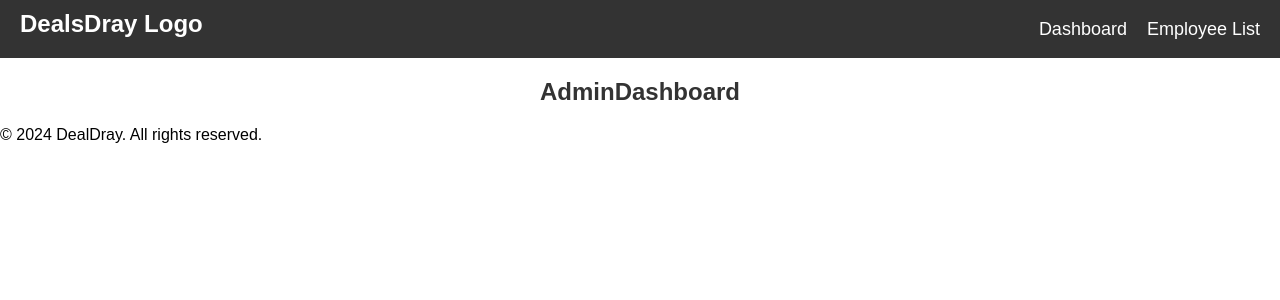
Repository: Mahanandapadavale123/dealsdray
Page: /dashboard (app in frontend/)
The author's editor kept a copy of each file at every save. The page is drawn from the files as they stood at one save, then again after the next save.
The browser window is 1280 px wide. The pictures show the whole page.
The page's requests for data from a server got no answer. The project was rebuilt for these pictures with package versions that can differ from the ones it lists, and the page was loaded fresh each time. No one was signed in, and anything a server would have sent is missing. Also part of the build but not shown: frontend/src/views/login.jsx, frontend/src/views/EmployeeList.js.

Above is the page before, as saved 2024-09-19 14:23:30.

### frontend/src/App.js
import React, { useState, useEffect } from "react";
import { BrowserRouter as Router, Routes, Route, Navigate } from "react-router-dom";
import axios from "axios";
import Login from "./views/login";
import Dashboard from "./views/Dashboard.js";
import EmployeeList from "./views/EmployeeList";

function App() {
  const [isLoggedIn, setIsLoggedIn] = useState(false);

  useEffect(() => {
    const checkAuthentication = async () => {
      try {
        const response = await axios.get("http://127.0.0.1:8000/api/v1/users/isAuthenticated", {
          withCredentials: true,  // Ensure cookies are sent with the request
        });
        if (response.data.isAuthenticated) {
          setIsLoggedIn(true);
        } else {
          setIsLoggedIn(false);
        }
      } catch (error) {
        console.log("Error checking authentication:", error);
        setIsLoggedIn(false);  // If error occurs, assume user is not logged in
      }
    };
    checkAuthentication();
  }, []);

  return (
    <Router>
      <Routes>
        <Route
          path="/dashboard"
          element={<Dashboard /> }
        />
         <Route path="/employee-list" element={<EmployeeList />} />
        {/* <Route
          path="/dashboard"
          element={isLoggedIn ? <Dashboard /> : <Navigate to="/login" />}
        />

        <Route path="/login" element={<Login setIsLoggedIn={setIsLoggedIn} />} />

        <Route path="/" element={<Navigate to={isLoggedIn ? "/dashboard" : "/login"} />} /> */}
      </Routes>
    </Router>
  );
}

export default App;

### frontend/src/views/dashboard.js
import React from 'react';
import Header from './layout/header';
import Footer from './layout/footer';
import '../css/dashboard.css';

const Dashboard = () => {
  return (
    <div class="page-container">


      <Header />

      <main class="content">

        <h2>
          AdminDashboard
        </h2>

      </main>



      <Footer />

    </div>
  );
};

export default Dashboard;

### frontend/src/css/login.module.css
.container {
    display: flex;
    justify-content: center;
    align-items: center;
    height: 100vh;
    background-color: #f0f2f5;
  }

  .formContainer {
    background: #fff;
    padding: 2rem;
    border-radius: 8px;
    box-shadow: 0 4px 8px rgba(0, 0, 0, 0.1);
    width: 100%;
    max-width: 400px;
  }

  h2 {
    margin-bottom: 1rem;
    color: #333;
    text-align: center;
  }

  .form {
    display: flex;
    flex-direction: column;
  }

  .label {
    margin-bottom: 0.5rem;
    font-weight: bold;
  }

  .input {
    margin-bottom: 1rem;
    padding: 0.75rem;
    border: 1px solid #ddd;
    border-radius: 4px;
    font-size: 1rem;
  }

  .button {
    padding: 0.75rem;
    border: none;
    border-radius: 4px;
    background-color: #007bff;
    color: #fff;
    font-size: 1rem;
    cursor: pointer;
    transition: background-color 0.3s;
  }

  .button:hover {
    background-color: #0056b3;
  }

### frontend/src/views/layout/header.jsx
import React from 'react';
import '../../css/navbar.css';

const Header = () => {
  return (
    <header class="header">
        <nav class="navbar">
            <div class="logo">DealsDray Logo</div>
            <ul class="nav-links">
                <li><a href="/dashboard">Dashboard</a></li>
                <li><a href="/employee-list">Employee List</a></li>
            </ul>
        </nav>
    </header>

  );
};

export default Header;

### frontend/src/views/layout/footer.jsx
import React from 'react';
// import './footer.css'; // Import styles for the footer

const Footer = () => {
  return (
    <footer className="footer">
      <p>&copy; 2024 DealDray. All rights reserved.</p>
    </footer>
  );
};

export default Footer;

### frontend/src/css/dashboard.css
/* dashboard.css */

body {
    font-family: Arial, sans-serif;
    margin: 0;
    padding: 0;
  }

  .container {
    width: 100%;
    max-width: 1200px;
    margin: auto;
    padding: 20px;
  }

  header {
   background-color: #9c9a9a;
    margin-bottom: 20px;

  }
  .logo {
    text-align: left;
    font-size: 24px;
    font-weight: bold;
    margin-bottom: 10px;
  }

  h3 {
  display:inline-block;
    color: #333;
  }

  .dashboard-content {
    padding: 20px;
    background-color: #f9f9f9;
    border-radius: 8px;
    box-shadow: 0 2px 5px rgba(0, 0, 0, 0.1);
  }


  @media screen and (max-width: 768px) {
    table, th, td {
      font-size: 14px;
    }
  }

### frontend/src/css/employee.css
/* employee.css */

table {
    width: 100%;
    border-collapse: collapse;
    margin: 20px 0;
    font-size: 16px;
    text-align: center;
    box-shadow: 0 5px 10px rgba(0, 0, 0, 0.15);
  }

  th, td {
    padding: 12px;
    border: 1px solid #ddd;
  }

  th {
    background-color: #4CAF50;
    color: white;
  }

  tr:nth-child(even) {
    background-color: #f2f2f2;
  }

  tr:hover {
    background-color: #f1f1f1;
  }

  img {
    border-radius: 50%;
    width: 50px;
    height: 50px;
  }

  h2 {
    text-align: center;
    color: #333;
    margin-bottom: 20px;
  }

### frontend/src/css/navbar.css
.header {
    background-color: #333;
    padding: 10px 20px;
    display: flex;
    align-items: center;
  }

  .navbar {
    display: flex;
    justify-content: space-between;
    width: 100%;
    align-items: center;
  }

  .logo {
    color: #fff;
    font-size: 24px;
    font-weight: bold;
  }

  .nav-links {
    list-style: none;
    display: flex;
    margin: 0;
    padding: 0;
  }

  .nav-links li {
    margin-left: 20px;
  }

  .nav-links li a {
    color: #fff;
    text-decoration: none;
    font-size: 18px;
    transition: color 0.3s;
  }

  .nav-links li a:hover {
    color: #f0a500;
  }

Loaded but not shown: frontend/public/index.html (common file); frontend/src/index.js (common file); frontend/src/reportWebVitals.js (common file)

After the next save:
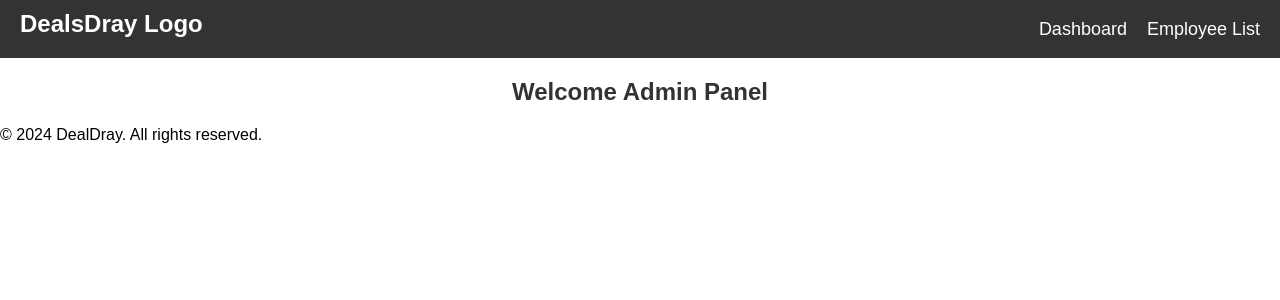
Saved 2 h 31 min later.
--- a/frontend/src/views/dashboard.js
+++ b/frontend/src/views/dashboard.js
@@ -13,7 +13,7 @@ const Dashboard = () => {
       <main class="content">
 
         <h2>
-          AdminDashboard
+          Welcome Admin Panel
         </h2>
 
       </main>
